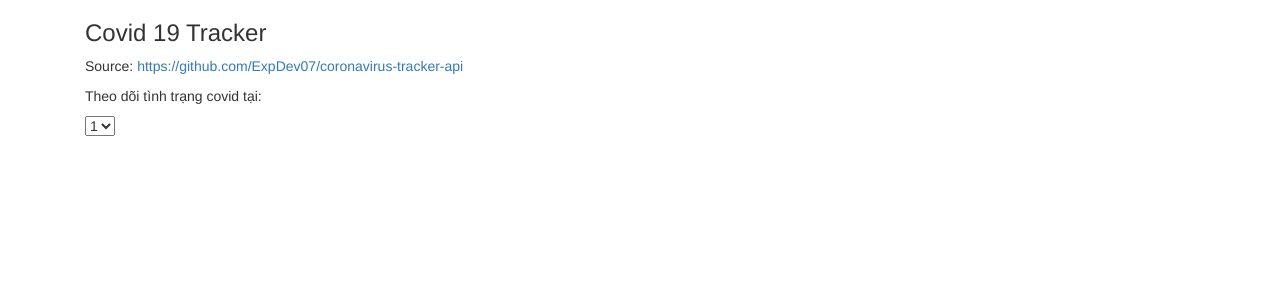
Repository: critdang/electro_store
Page: javascript_project/covid_tracker/index.html
An editor plug-in stored every save of this project. The page is shown before and after the next save, followed by the edit.
The browser window is 1280 px wide. The pictures show the whole page.

Above is the page before, as saved 2021-09-22 23:51:23.
Console error (its wording comes from the project's code and is left out).

### javascript_project/covid_tracker/index.html
<!DOCTYPE html>
<html lang="en">
<head>
    <meta charset="UTF-8">
    <meta name="viewport" content="width=device-width, initial-scale=1.0">
    <title>Covid Tracker</title>
        <!-- Latest compiled and minified CSS -->
    <link rel="stylesheet" href="https://maxcdn.bootstrapcdn.com/bootstrap/3.3.7/css/bootstrap.min.css" integrity="sha384-BVYiiSIFeK1dGmJRAkycuHAHRg32OmUcww7on3RYdg4Va+PmSTsz/K68vbdEjh4u" crossorigin="anonymous">

    <!-- Optional theme -->
    <link rel="stylesheet" href="https://maxcdn.bootstrapcdn.com/bootstrap/3.3.7/css/bootstrap-theme.min.css" integrity="sha384-rHyoN1iRsVXV4nD0JutlnGaslCJuC7uwjduW9SVrLvRYooPp2bWYgmgJQIXwl/Sp" crossorigin="anonymous">


</head>
<body>
    <div class ="container">
        <div class="col-md-12">
        <h3>Covid 19 Tracker</h3>
        <p> Source: <a href="">https://github.com/ExpDev07/coronavirus-tracker-api</a></p>

        <p>Theo dõi tình trạng covid tại: <div id:"title"></div></p>
        <select>
            <option>1</option>
        </select>
        </div>
    </div>
</body>
<!-- Latest compiled and minified JavaScript -->
<script src="https://maxcdn.bootstrapcdn.com/bootstrap/3.3.7/js/bootstrap.min.js" integrity="sha384-Tc5IQib027qvyjSMfHjOMaLkfuWVxZxUPnCJA7l2mCWNIpG9mGCD8wGNIcPD7Txa" crossorigin="anonymous"></script>
<script type="text/javascript" src="app.js"></script>
<!--  phải để dưới body vì chạy cấu trúc DOM trước -->
</html>

Loaded but not shown: javascript_project/covid_tracker/app.js (common file)

After the next save:
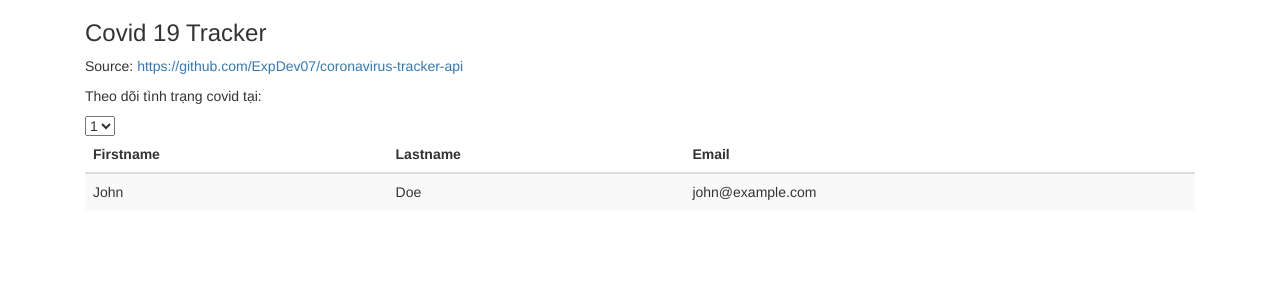
Saved 2 min 42 s later.
--- a/javascript_project/covid_tracker/index.html
+++ b/javascript_project/covid_tracker/index.html
@@ -15,13 +15,31 @@
 <body>
     <div class ="container">
         <div class="col-md-12">
-        <h3>Covid 19 Tracker</h3>
-        <p> Source: <a href="">https://github.com/ExpDev07/coronavirus-tracker-api</a></p>
+            <h3>Covid 19 Tracker</h3>
+            <p> Source: <a href="">https://github.com/ExpDev07/coronavirus-tracker-api</a></p>
 
-        <p>Theo dõi tình trạng covid tại: <div id:"title"></div></p>
-        <select>
-            <option>1</option>
-        </select>
+            <p>Theo dõi tình trạng covid tại: <div id:"title"></div></p>
+            <select>
+                <option>1</option>
+            </select>
+            <table class="table table-striped">
+                <thead>
+                  <tr>
+                    <th>Firstname</th>
+                    <th>Lastname</th>
+                    <th>Email</th>
+                  </tr>
+                </thead>
+                <tbody>
+                  <tr>
+                    <td>John</td>
+                    <td>Doe</td>
+                    <td>john@example.com</td>
+                  </tr>
+                  <tr>
+                  </tr>
+                </tbody>
+              </table>
         </div>
     </div>
 </body>
